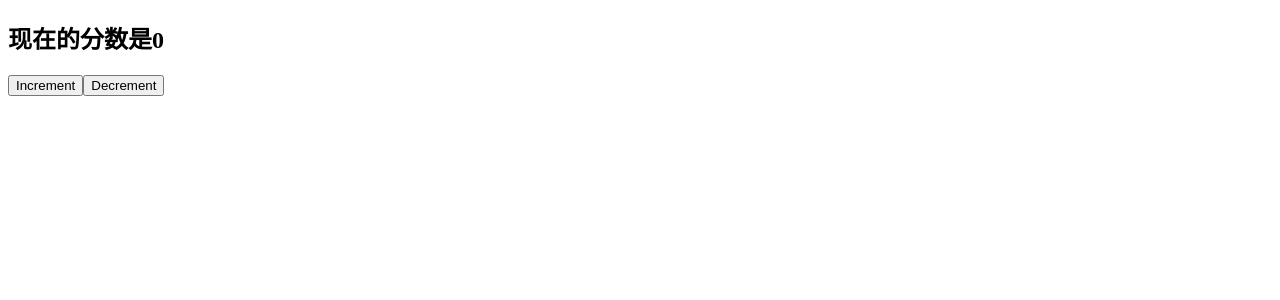
Repository: fuuka10969/react
Page: / (app in demo/react-hooks/demo01/)
These files come from the project's save history. The page is drawn as it stood at one moment and after a run of saves; the edit follows.
The browser window is 1280 px wide. The pictures show the whole page.
The project was rebuilt for these pictures with package versions that can differ from the ones it lists, and the page was loaded fresh each time.

Above is the page before, as saved 2021-02-11 15:33:05.

After the next 2 saves:
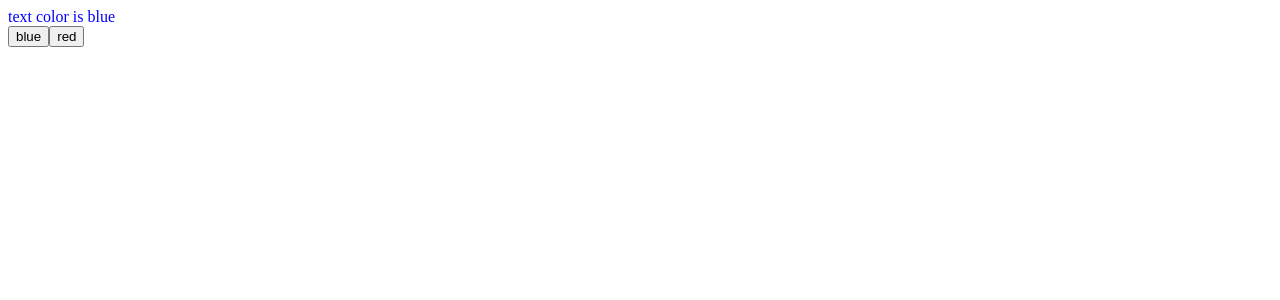
The 2 saves are shown as one change because 1 did not build or start.
The last was saved 90 s later.
--- a/demo/react-hooks/demo01/src/index.js
+++ b/demo/react-hooks/demo01/src/index.js
@@ -3,9 +3,10 @@ import ReactDOM from 'react-dom';
 // import Example from './Example';
 // import Example2 from './Example2';
 // import Example4 from './Example4';
-import Example5 from './Example5';
+// import Example5 from './Example5';
+import Example6 from './example6/Example6';
 
 ReactDOM.render(
-    <Example5 />,
+    <Example6 />,
   document.getElementById('root')
 );
--- a/demo/react-hooks/demo01/src/example6/ShowArea.js
+++ b/demo/react-hooks/demo01/src/example6/ShowArea.js
@@ -1,6 +1,6 @@
 import React, {useContext} from 'react';
 
-import ColorContext from './color'
+import {ColorContext} from './color'
 
 function ShowArea() {
   const {color} = useContext(ColorContext)
